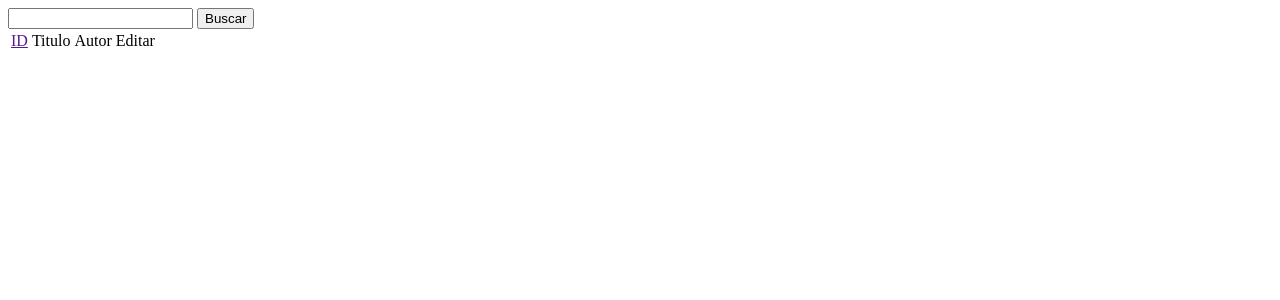
Repository: pedro160710/proyectosEclipse
Page: CrudRestWeb1/WebContent/index.html
The author's editor kept a copy of each file at every save. The page is drawn from the files as they stood at one save, then again after the next save.
The browser window is 1280 px wide. The pictures show the whole page.
Some web libraries are served in a nearby version.

Above is the page before, as saved 2016-07-30 13:24:52.

After the next save:
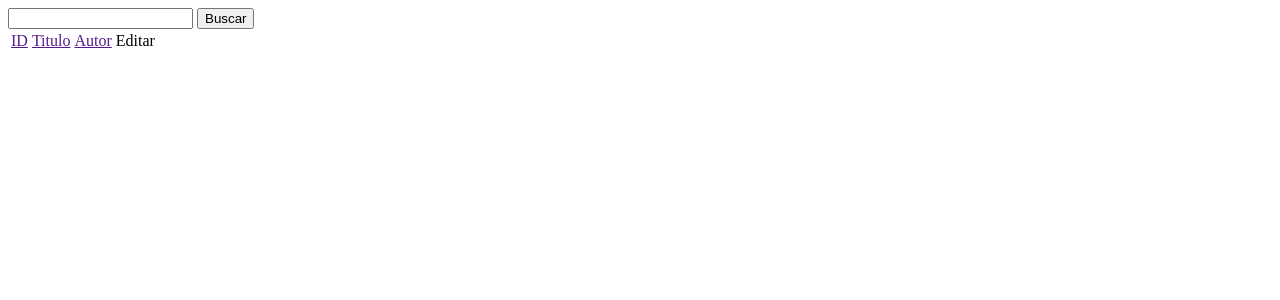
Saved 79 s later.
--- a/CrudRestWeb1/WebContent/index.html
+++ b/CrudRestWeb1/WebContent/index.html
@@ -17,8 +17,8 @@
   <table id="valorDeBusqueda">
     <thead>
       <td><a href ng-click="criterioOrden='id'">ID</a></td>
-      <td>Titulo</td>
-      <td>Autor</td>
+      <td><a href ng-click="criterioOrden='titulo'"> Titulo</a></td>
+      <td><a href ng-click="criterioOrden='autor'">Autor</a></td>
       <td>Editar</td>
     </thead>
     <tbody>
